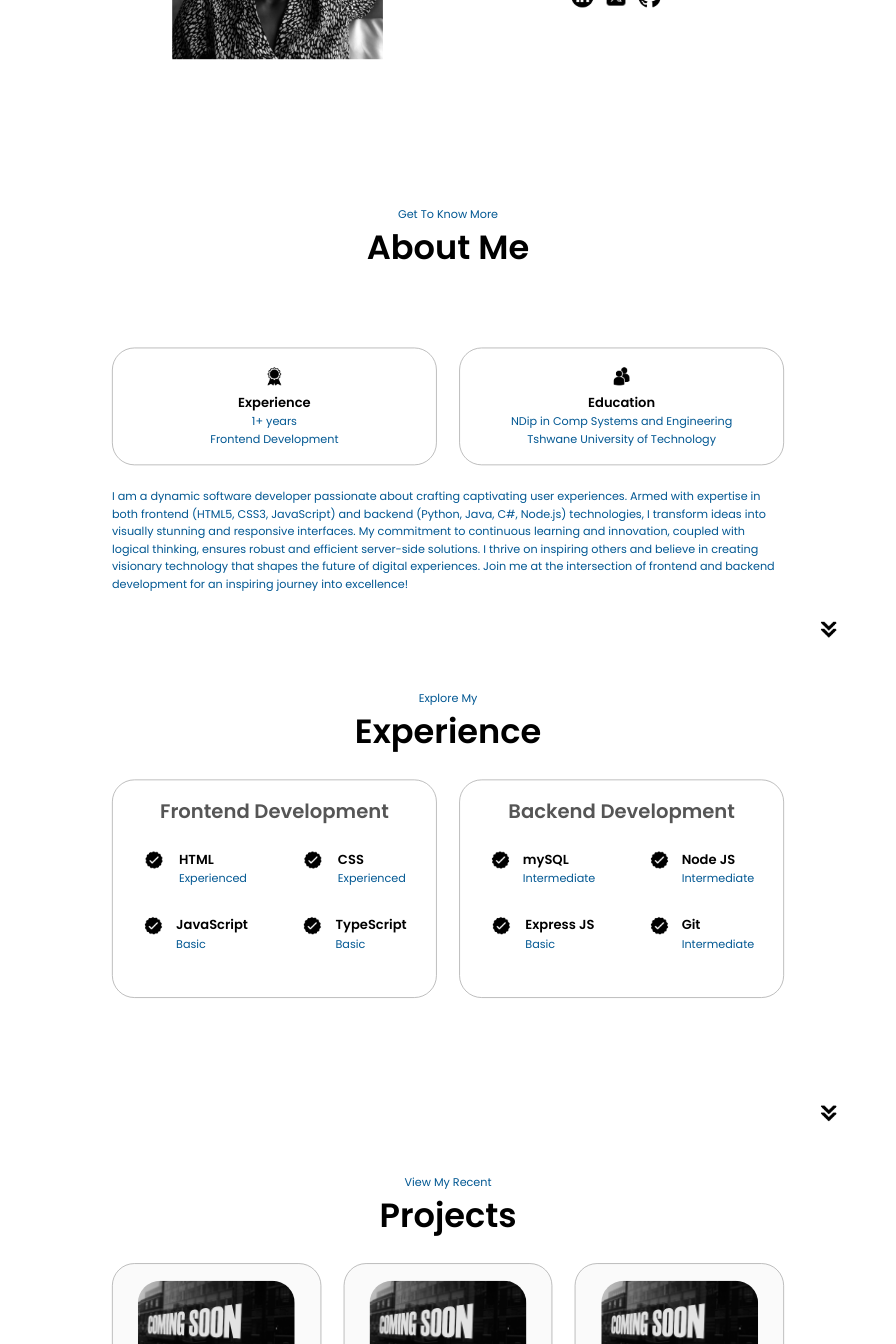
Repository: ntandomagana/FS-Dev-Portfolio
Page: index.html
An editor plug-in stored every save of this project. The page is shown before and after a run of saves, followed by the edit.
The browser window is 1280 px wide. The pictures show the part of the page from y = 552 to 2472 px (the page is 3177 px tall), at 70% of full size.

Above is the page before, as saved 2024-05-02 23:24:56.

### index.html
<!DOCTYPE html>
<html lang="en">
  <head>
    <meta charset="UTF-8" />
    <meta http-equiv="X-UA-Compatible" content="IE=edge" />
    <meta name="viewport" content="width=device-width, initial-scale=1.0" />
    <title>My Portfolio</title>
    <link rel="stylesheet" href="style.css" />
    <link rel="stylesheet" href="mediaqueries.css" />
  </head>
  <body>
    <nav id="desktop-nav">
      <div class="logo">Coding Berry</div>
      <div>
        <ul class="nav-links">
          <li><a href="#about">About</a></li>
          <li><a href="#experience">Skills</a></li>
          <li><a href="#projects">Projects</a></li>
          <li><a href="#contact">Contact</a></li>
        </ul>
      </div>
    </nav>
    <nav id="hamburger-nav">
      <div class="logo">Coding Berry</div>
      <div class="hamburger-menu">
        <div class="hamburger-icon" onclick="toggleMenu()">
          <span></span>
          <span></span>
          <span></span>
        </div>
        <div class="menu-links">
          <li><a href="#about" onclick="toggleMenu()">About</a></li>
          <li><a href="#experience" onclick="toggleMenu()">Skills</a></li>
          <li><a href="#projects" onclick="toggleMenu()">Projects</a></li>
          <li><a href="#contact" onclick="toggleMenu()">Contact</a></li>
        </div>
      </div>
    </nav>
    <section id="profile">
      <div class="section__pic-container">
        <img src="./assets/bwpp.jpg" alt="profile picture" />
      </div>
      <div class="section__text">
        <p class="section__text__p1">Hello there, I am</p>

        <h1 class="title"><span id="typed-text"></span></h1>

        <p class="section__text__p2">Frontend Developer</p>
        <div class="btn-container">
          <button
            class="btn btn-color-2"
            onclick="window.open('./assets/NP Magana - Web Developer.pdf')"
          >
            Download CV
          </button>
          <button class="btn btn-color-1" onclick="location.href='./#contact'">
            Contact Info
          </button>
        </div>
        <div id="socials-container">
          <img
            src="./assets/linkedin.png"
            alt="My LinkedIn profile"
            class="icon"
            onclick="location.href='https://www.linkedin.com/in/ntandoyenkosi-magana-/'"
          />

          <img
            src="./assets/icons8-twitterx-50.png"
            alt="My Github profile"
            class="icon"
            onclick="location.href='https://twitter.com/Sir_M_Charles'"
          />
          <img
            src="./assets/github.png"
            alt="My Github profile"
            class="icon"
            onclick="location.href='https://github.com/ntandomagana'"
          />
        </div>
      </div>
    </section>
    <section id="about">
      <p class="section__text__p1">Get To Know More</p>
      <h1 class="title">About Me</h1>
      <div class="section-container">
        <div class="about-details-container">
          <div class="about-containers">
            <div class="details-container">
              <img
                src="./assets/experience.png"
                alt="Experience icon"
                class="icon"
              />
              <h3>Experience</h3>
              <p>1+ years <br />Frontend Development</p>
            </div>
            <div class="details-container">
              <img
                src="./assets/education.png"
                alt="Education icon"
                class="icon"
              />
              <h3>Education</h3>
              <p>
                NDip in Comp Systems and Engineering <br />Tshwane University of
                Technology
              </p>
            </div>
          </div>
          <div class="text-container">
            <p>
              I am a dynamic software developer passionate about crafting
              captivating user experiences. Armed with expertise in both
              frontend (HTML5, CSS3, JavaScript) and backend (Python, Java, C#,
              Node.js) technologies, I transform ideas into visually stunning
              and responsive interfaces. My commitment to continuous learning
              and innovation, coupled with logical thinking, ensures robust and
              efficient server-side solutions. I thrive on inspiring others and
              believe in creating visionary technology that shapes the future of
              digital experiences. Join me at the intersection of frontend and
              backend development for an inspiring journey into excellence!
            </p>
          </div>
        </div>
      </div>
      <img
        src="./assets/arrow.png"
        alt="Arrow icon"
        class="icon arrow"
        onclick="location.href='./#experience'"
      />
    </section>
    <section id="experience">
      <p class="section__text__p1">Explore My</p>
      <h1 class="title">Experience</h1>
      <div class="experience-details-container">
        <div class="about-containers">
          <div class="details-container">
            <h2 class="experience-sub-title">Frontend Development</h2>
            <div class="article-container">
              <article>
                <img
                  src="./assets/checkmark.png"
                  alt="Experience icon"
                  class="icon"
                />
                <div>
                  <h3>HTML</h3>
                  <p>Experienced</p>
                </div>
              </article>
              <article>
                <img
                  src="./assets/checkmark.png"
                  alt="Experience icon"
                  class="icon"
                />
                <div>
                  <h3>CSS</h3>
                  <p>Experienced</p>
                </div>
              </article>
              <article>
                <img
                  src="./assets/checkmark.png"
                  alt="Experience icon"
                  class="icon"
                />
                <div>
                  <h3>JavaScript</h3>
                  <p>Basic</p>
                </div>
              </article>
              <article>
                <img
                  src="./assets/checkmark.png"
                  alt="Experience icon"
                  class="icon"
                />
                <div>
                  <h3>TypeScript</h3>
                  <p>Basic</p>
                </div>
              </article>
              <article></article>
            </div>
          </div>
          <div class="details-container">
            <h2 class="experience-sub-title">Backend Development</h2>
            <div class="article-container">
              <article>
                <img
                  src="./assets/checkmark.png"
                  alt="Experience icon"
                  class="icon"
                />
                <div>
                  <h3>mySQL</h3>
                  <p>Intermediate</p>
                </div>
              </article>
              <article>
                <img
                  src="./assets/checkmark.png"
                  alt="Experience icon"
                  class="icon"
                />
                <div>
                  <h3>Node JS</h3>
                  <p>Intermediate</p>
                </div>
              </article>
              <article>
                <img
                  src="./assets/checkmark.png"
                  alt="Experience icon"
                  class="icon"
                />
                <div>
                  <h3>Express JS</h3>
                  <p>Basic</p>
                </div>
              </article>
              <article>
                <img
                  src="./assets/checkmark.png"
                  alt="Experience icon"
                  class="icon"
                />
                <div>
                  <h3>Git</h3>
                  <p>Intermediate</p>
                </div>
              </article>
            </div>
          </div>
        </div>
      </div>
      <img
        src="./assets/arrow.png"
        alt="Arrow icon"
        class="icon arrow"
        onclick="location.href='./#projects'"
      />
    </section>
    <section id="projects">
      <p class="section__text__p1">View My Recent</p>
      <h1 class="title">Projects</h1>
      <div class="experience-details-container">
        <div class="about-containers">
          <div class="details-container color-container">
            <div class="article-container">
              <img
                src="./assets/coming soon.jpg"
                alt="Project 1"
                class="project-img"
              />
            </div>
            <h2 class="experience-sub-title project-title">Project One</h2>
            <div class="btn-container">
              <button
                class="btn btn-color-2 project-btn"
                onclick="location.href='https://github.com/'"
              >
                Github
              </button>
            </div>
          </div>
          <div class="details-container color-container">
            <div class="article-container">
              <img
                src="./assets/coming soon.jpg"
                alt="Project 2"
                class="project-img"
              />
            </div>
            <h2 class="experience-sub-title project-title">Project Two</h2>
            <div class="btn-container">
              <button
                class="btn btn-color-2 project-btn"
                onclick="location.href='https://github.com/'"
              >
                Github
              </button>
            </div>
          </div>
          <div class="details-container color-container">
            <div class="article-container">
              <img
                src="./assets/coming soon.jpg"
                alt="Project 3"
                class="project-img"
              />
            </div>
            <h2 class="experience-sub-title project-title">Project Three</h2>
            <div class="btn-container">
              <button
                class="btn btn-color-2 project-btn"
                onclick="location.href='https://github.com/'"
              >
                Github
              </button>
            </div>
          </div>
        </div>
      </div>
      <img
        src="./assets/arrow.png"
        alt="Arrow icon"
        class="icon arrow"
        onclick="location.href='./#contact'"
      />
    </section>
    <section id="contact">
      <p class="section__text__p1">Get in Touch</p>
      <h1 class="title">Contact Me</h1>
      <div class="contact-info-upper-container">
        <div class="contact-info-container">
          <img
            src="./assets/email.png"
            alt="Email icon"
            class="icon contact-icon email-icon"
          />
          <p>
            <a href="mailto:ntandomagana@gmail.com">ntandomagana@gmail.com</a>
          </p>
        </div>
        <div class="contact-info-container">
          <img
            src="./assets/linkedin.png"
            alt="LinkedIn icon"
            class="icon contact-icon"
          />
          <p><a href="https://www.linkedin.com">LinkedIn</a></p>
        </div>
      </div>
    </section>
    <footer>
      <nav>
        <div class="nav-links-container">
          <ul class="nav-links">
            <li><a href="#about">About</a></li>
            <li><a href="#experience">Skills</a></li>
            <li><a href="#projects">Projects</a></li>
            <li><a href="#contact">Contact</a></li>
          </ul>
        </div>
      </nav>
      <p>Copyright &#169; 2023 Ntando Magana. All Rights Reserved.</p>
    </footer>
    <script src="script.js"></script>
  </body>
</html>

### style.css
@import url("https://fonts.googleapis.com/css2?family=Poppins:wght@300;400;500;600&display=swap");

* {
  margin: 0;
  padding: 0;
}

body {
  font-family: "Poppins", sans-serif;
}

html {
  scroll-behavior: smooth;
}

p {
  color: #005792;
}

section {
  margin-bottom: 2px;
}

a,
.btn {
  transition: all 300ms ease;
}

nav,
.nav-links {
  display: flex;
}

nav {
  justify-content: space-around;
  align-items: center;
  height: 17vh;
}

.nav-links {
  gap: 2rem;
  list-style-type: none;
  font-size: 1.5rem;
}

a {
  color: rgb(11, 202, 240);
  text-decoration: underline;
  text-underline-offset: 0.8rem;
  text-decoration-color: rgb(51, 169, 237);
}

.logo {
  font-size: 2rem;
}

.logo:hover {
  cursor: default;
}

#hamburger-nav {
  display: none;
}

.hamburger-menu {
  position: relative;
  display: inline-block;
}

.hamburger-icon {
  display: flex;
  flex-direction: column;
  justify-content: space-between;
  height: 24px;
  width: 30px;
  cursor: pointer;
}

.hamburger-icon span {
  width: 100%;
  height: 2px;
  background-color: rgb(9, 255, 255);
  transition: all 0.3 ease-in-out;
}

.menu-links {
  position: absolute;
  top: 100%;
  right: 0;
  background-color: white;
  width: fit-content;
  max-height: 0;
  overflow: hidden;
  transition: all 0.3 ease-in-out;
}

.menu-links a {
  display: block;
  padding: 10px;
  text-align: center;
  font-size: 1.5rem;
  color: rgb(15, 224, 231);
  text-decoration: none;
  transition: all 0.3 ease-in-out;
}

.menu-links li {
    list-style-type: none;
}

.menu-links.open {
    max-height: 300px;
}

.hamburger-icon.open span:first-child {
    transform: rotate(45deg) translate(10px, 5px);
}

.hamburger-icon.open span:nth-child(2) {
  opacity: 0;
}

.hamburger-icon.open span:last-child {
  transform: rotate(-45deg) translate(10px, -5px);
}

.hamburger-icon span:first-child {
  transform: none;
}

.hamburger-icon span:first-child {
  opacity: 1;
}

.hamburger-icon span:first-child {
    transform: none;
}

section {
    padding-top: 4vh;
    height: 96vh;
    margin: 0 10rem;
    box-sizing: border-box;
    min-height: fit-content;
}

.section-container {
  display: flex;
}

#profile {
  display: flex;
  justify-content: center;
  gap: 5rem;
  height: 80vh;
}

.section__pic-container {
  display: flex;
  height: 400px;
  width: 400px;
  margin: auto 0;
}

.section__text {
  align-self: center;
  text-align: center;
}

.section__text p {
  font-weight: 600;
}

.section__text__p1 {
  text-align: center;
}

.section__text__p2 {
  font-size: 1.75rem;
  margin-bottom: 1rem;
}

.title {
  font-size: 3rem;
  text-align: center;
}

#socials-container {
  display: flex;
  justify-content: center;
  margin-top: 1rem;
  gap: 1rem;
}

.icon {
  cursor: pointer;
  height: 2rem;
}

/* BUTTONS */

.btn-container {
  display: flex;
  justify-content: center;
  gap: 1rem;
}

.btn {
  font-weight: 600;
  transition: all 300ms ease;
  padding: 1rem;
  width: 8rem;
  border-radius: 2rem;
}

.btn-color-1,
.btn-color-2 {
  border: rgb(43, 182, 241) 0.1rem solid;
}

.btn-color-1:hover,
.btn-color-2:hover {
  cursor: pointer;
}

.btn-color-1,
.btn-color-2:hover {
  background: rgb(11, 214, 255);
  color: white;
}

.btn-color-1:hover {
  background: rgb(83, 215, 232);
}

.btn-color-2 {
  background: none;
}

.btn-color-2:hover {
  border: rgb(26, 210, 243) 0.2rem solid;
}

.btn-container {
  gap: 1rem;
}

/* ABOUT SECTION */

#about {
  position: relative;
}

.about-containers {
  gap: 2rem;
  margin-bottom: 2rem;
  margin-top: 2rem;
}

.about-details-container {
  justify-content: center;
  flex-direction: column;
}

.about-containers,
.about-details-container {
  display: flex;
}



.arrow {
  position: absolute;
  right: -5rem;
  bottom: 2.5rem;
}

.details-container {
  padding: 1.5rem;
  flex: 1;
  background: white;
  border-radius: 2rem;
  border: rgb(34, 174, 239) 0.1rem solid;
  border-color: rgb(163, 163, 163);
  text-align: center;
}

.section-container {
  gap: 4rem;
  height: 80%;
}

.section__pic-container {
  height: 400px;
  width: 400px;
  margin: auto 0;
}

/* EXPERIENCE SECTION */

#experience {
  position: relative;
}

.experience-sub-title {
  color: rgb(85, 85, 85);
  font-weight: 600;
  font-size: 1.75rem;
  margin-bottom: 2rem;
}

.experience-details-container {
  display: flex;
  justify-content: center;
  flex-direction: column;
}

.article-container {
  display: flex;
  text-align: initial;
  flex-wrap: wrap;
  flex-direction: row;
  gap: 2.5rem;
  justify-content: space-around;
}

article {
  display: flex;
  width: 10rem;
  justify-content: space-around;
  gap: 0.5rem;
}

article .icon {
  cursor: default;
}

/* PROJECTS SECTION */

#projects {
  position: relative;
}

.color-container {
  border-color: rgb(163, 163, 163);
  background: rgb(250, 250, 250);
}

.project-img {
  border-radius: 2rem;
  width: 90%;
  height: 90%;
}

.project-title {
  margin: 1rem;
  color:  #00bbf0;
}

.project-btn {
  color:  #00bbf0;
  border-color: rgb(163, 163, 163);
}

/* CONTACT */

#contact {
  display: flex;
  justify-content: center;
  flex-direction: column;
  height: 70vh;
}

.contact-info-upper-container {
  display: flex;
  justify-content: center;
  border-radius: 2rem;
  border: rgb(53, 53, 53) 0.1rem solid;
  border-color: rgb(163, 163, 163);
  background: (250, 250, 250);
  margin: 2rem auto;
  padding: 0.5rem;
}

.contact-info-container {
  display: flex;
  align-items: center;
  justify-content: center;
  gap: 0.5rem;
  margin: 1rem;
}

.contact-info-container p {
  font-size: larger;
}

.contact-icon {
  cursor: default;
}

.email-icon {
  height: 2.5rem;
}



footer {
  height: 26vh;
  margin: 0 1rem;
}

footer p {
  text-align: center;
}

/* Add this CSS to your existing style.css or create a new style tag in the head of your HTML */

/* Bold, underline, and bubble effect for the logo */
.logo {
  font-weight: bold;
  text-decoration:wavy;
  display: inline-block;
  position: relative;
  border: 8px solid #005792; /* Adjust the border thickness and color as needed */
  padding: 6px; /* Adjust the padding as needed */
}

.logo::after {
  content: '';
  position: absolute;
  width: 100%;
  height: 0;
  bottom: 0;
  left: 0;
  opacity: 0;
  border-bottom: 2px solid #fff;
  animation: bubble 0.5s infinite ease-in-out;
}

@keyframes bubble {
  0% {
    height: 0;
    opacity: 0;
  }
  50% {
    height: 100%;
    opacity: 1;
  }
  100% {
    height: 0;
    opacity: 0;
  }
}

### mediaqueries.css
@media screen and (max-width: 1400px) {
  #profile {
    height: 83vh;
    margin-bottom: 6rem;
  }
  .about-containers {
    flex-wrap: wrap;
  }
  #contact,
  #projects {
    height: fit-content;
  }
}

@media screen and (max-width: 1200px) {
  #desktop-nav {
    display: none;
  }
  #hamburger-nav {
    display: flex;
  }
  #experience,
  .experience-details-container {
    margin-top: 2rem;
  }
  #profile,
  .section-container {
    display: block;
  }
  .arrow {
    display: none;
  }
  section,
  .section-container {
    height: fit-content;
  }
  section {
    margin: 0 5%;
  }
  .section__pic-container {
    width: 275px;
    height: 275px;
    margin: 0 auto 2rem;
  }
  .about-containers {
    margin-top: 0;
  }
}

@media screen and (max-width: 600px) {
  #contact,
  footer {
    height: 40vh;
  }
  #profile {
    height: 83vh;
    margin-bottom: 0;
  }
  article {
    font-size: 1rem;
  }
  footer nav {
    height: fit-content;
    margin-bottom: 2rem;
  }
  .about-containers,
  .contact-info-upper-container,
  .btn-container {
    flex-wrap: wrap;
  }
  .contact-info-container {
    margin: 0;
  }
  .contact-info-container p,
  .nav-links li a {
    font-size: 1rem;
  }
  .experience-sub-title {
    font-size: 1.25rem;
  }
  .logo {
    font-size: 1.5rem;
  }
  .nav-links {
    flex-direction: column;
    gap: 0.5rem;
    text-align: center;
  }
  .section__pic-container {
    width: auto;
    height: 46vw;
    justify-content: center;
  }
  .section__text__p2 {
    font-size: 1.25rem;
  }
  .title {
    font-size: 2rem;
  }
  .text-container {
    text-align: justify;
  }
}

### script.js
function toggleMenu() {
  const menu = document.querySelector(".menu-links");
  const icon = document.querySelector(".hamburger-icon");
  menu.classList.toggle("open");
  icon.classList.toggle("open");
}

// JavaScript for looped typing effect
const typedText = document.getElementById("typed-text");
const textToType = "Charles Mbonani";

function typeText() {
  let index = 0;

  function type() {
    if (index < textToType.length) {
      typedText.innerHTML += textToType.charAt(index);
      index++;
      setTimeout(type, 500); // Adjust typing speed (milliseconds)
    } else {
      setTimeout(erase, 1000); // Wait before erasing
    }
  }

  function erase() {
    if (typedText.innerHTML.length > 0) {
      typedText.innerHTML = typedText.innerHTML.slice(0, -1);
      setTimeout(erase, 500); // Adjust erasing speed (milliseconds)
    } else {
      index = 0; // Reset index for the next typing cycle
      setTimeout(type, 500); // Wait before typing again
    }
  }

  type(); // Start typing
}

// Call the typing function when the page loads
window.onload = typeText;

After the next 3 saves:
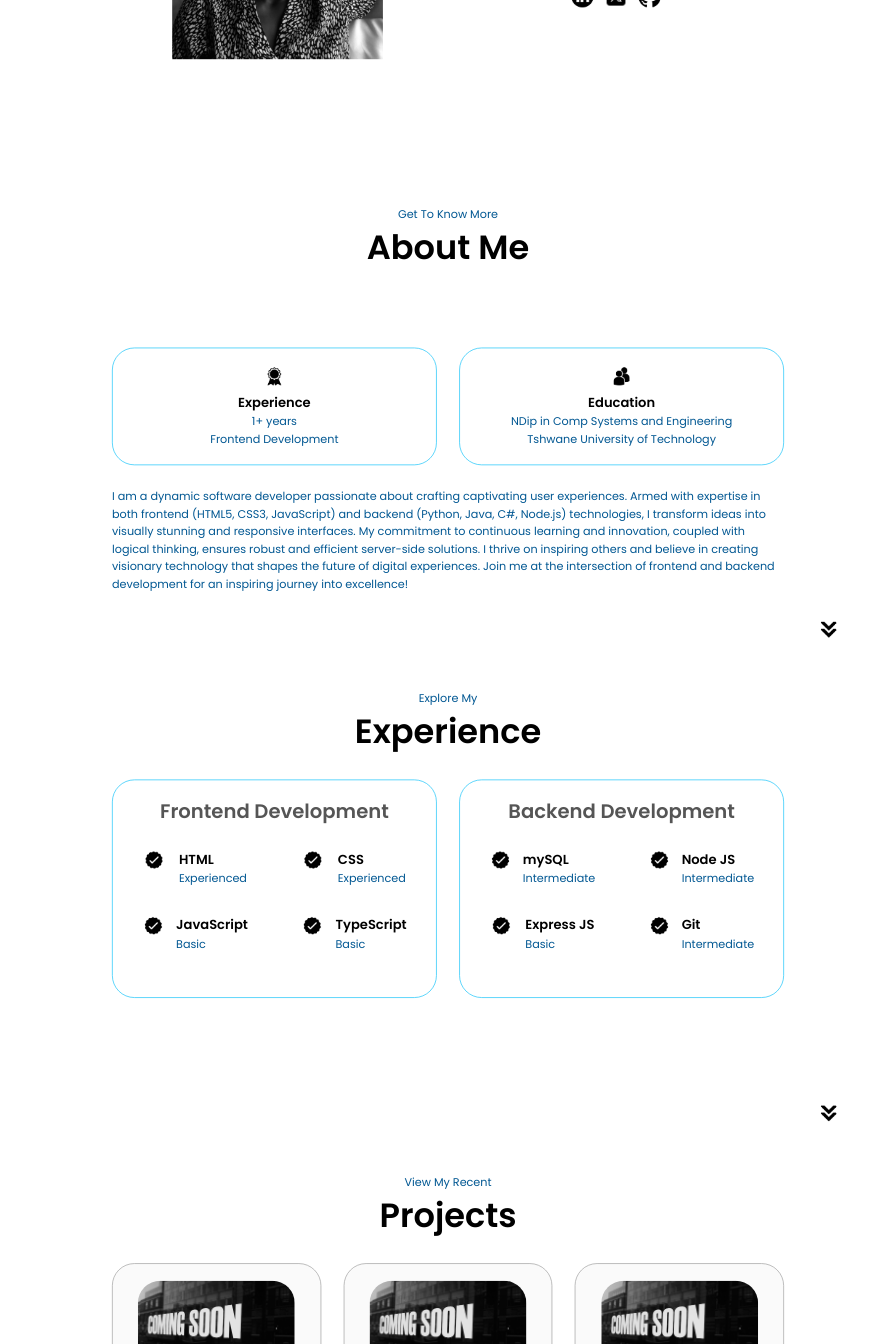
The 3 saves are shown as one change because they came seconds apart.
The last was saved 8 s later.
--- a/style.css
+++ b/style.css
@@ -281,7 +281,7 @@ section {
   background: white;
   border-radius: 2rem;
   border: rgb(34, 174, 239) 0.1rem solid;
-  border-color: rgb(163, 163, 163);
+  border-color: rgb(28, 197, 249);
   text-align: center;
 }
 
